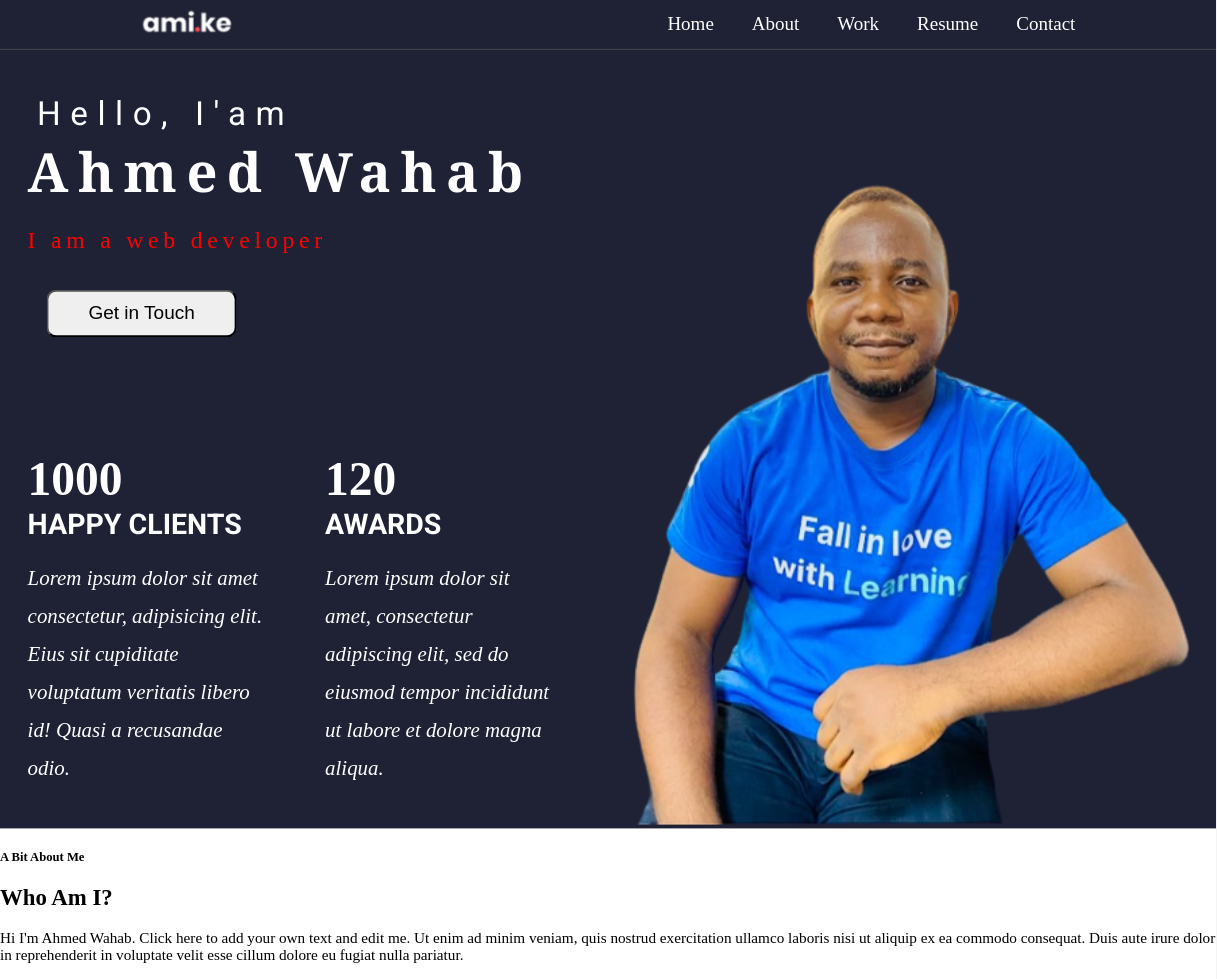
Repository: imokha01/HTML
Page: index.html
The author's editor kept a copy of each file at every save. The page is drawn from the files as they stood at one save, then again after a run of saves.
The browser window is 1280 px wide. The page is 1281 px wide, so the pictures cover 1281 px, including what lies to the right of the window. The pictures show the whole page, at 95% of full size.

Above is the page before, as saved 2023-11-20 15:32:41.

After the next 5 saves:
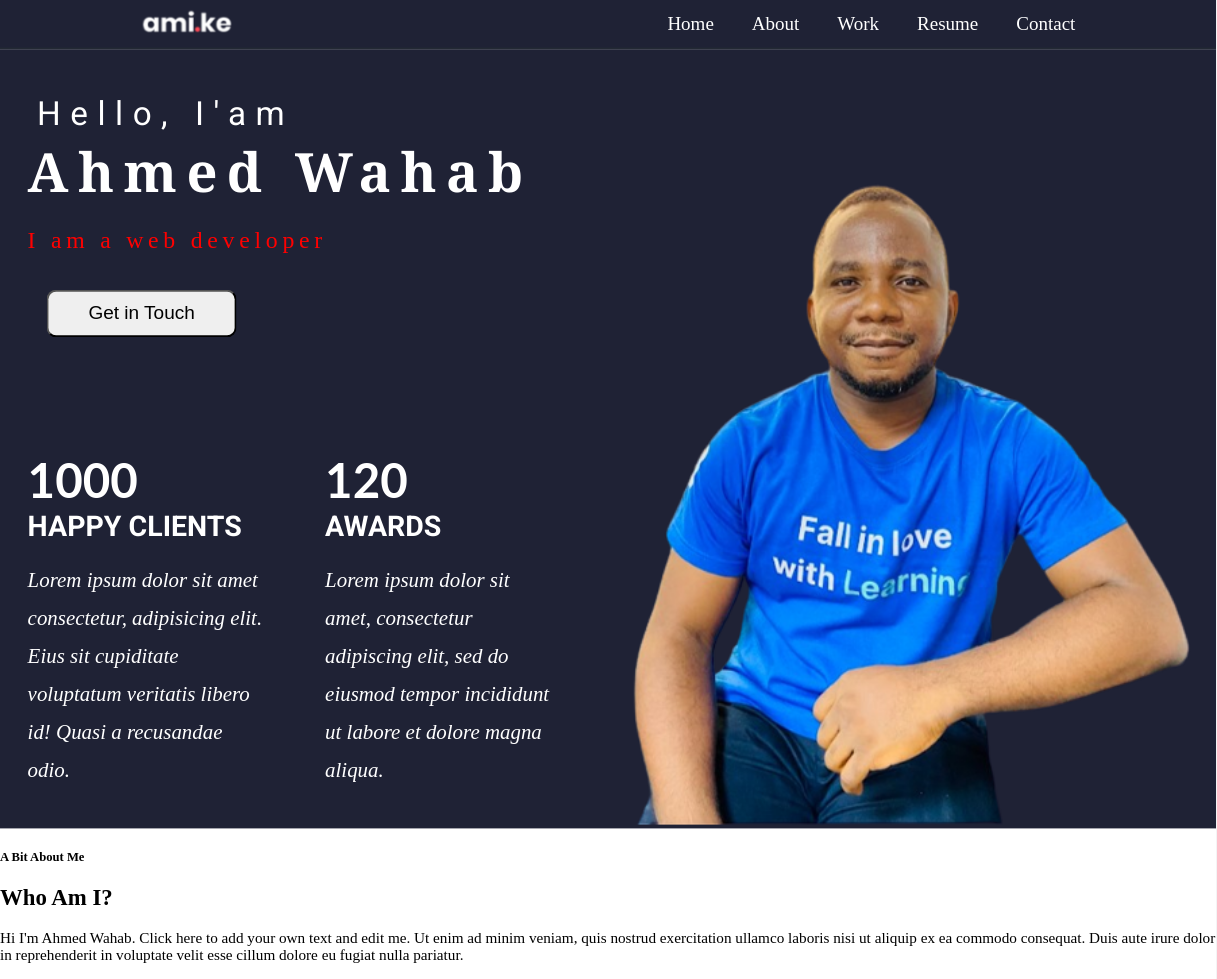
The 5 saves are shown as one change because they came seconds apart.
The last was saved 94 s later.
--- a/index.css
+++ b/index.css
@@ -138,6 +138,7 @@ h1 {
 
 .client_no h2,
 .award_no h2 {
+  font-family: lato;
   font-size: 50px;
   color: white;
   padding: 30px;
